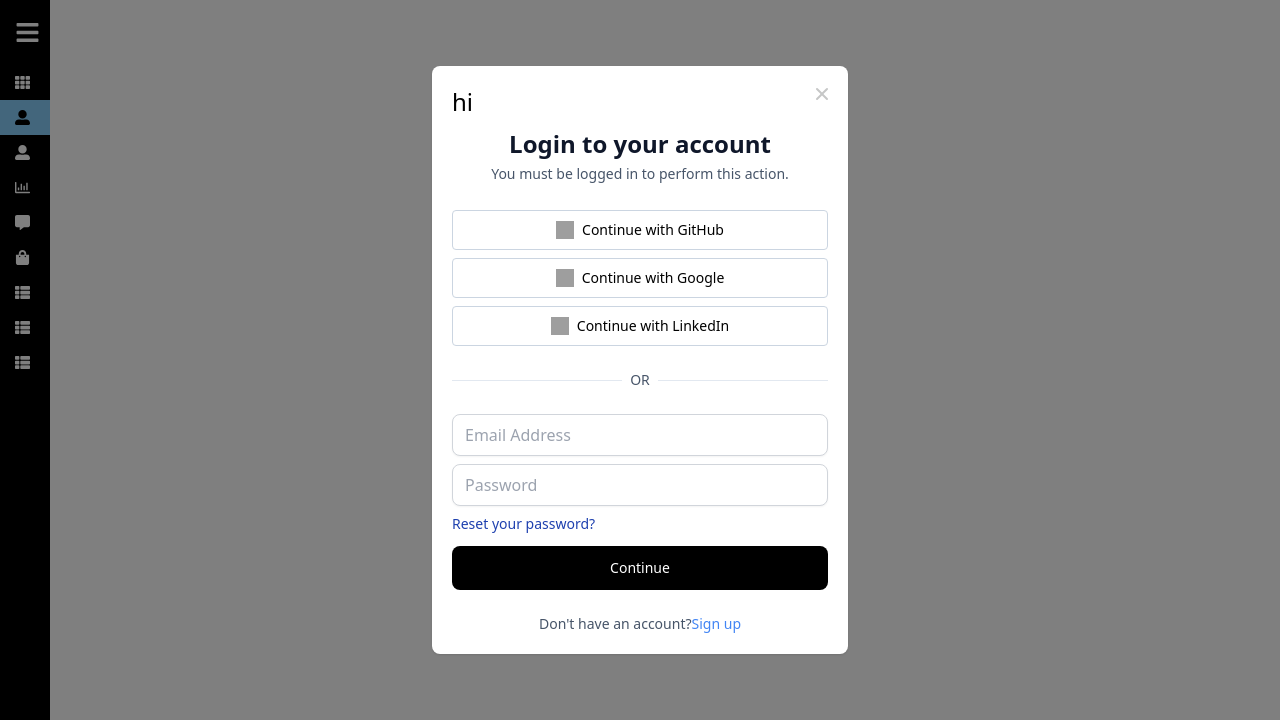
Repository: AndargWorku12/admin-dashboard
Page: /login
An editor plug-in stored every save of this project. The page is shown before and after the next save, followed by the edit.
The browser window is 1280 px wide. The pictures show the whole page.
Pictures or frames that could not be fetched are drawn as grey boxes. The project was rebuilt for these pictures with package versions that can differ from the ones it lists, and the page was loaded fresh each time. Also part of the build but not shown: src/pages/Dashboard.tsx, src/pages/Orders.tsx, src/pages/Category.tsx, src/pages/Analytics.tsx, src/pages/CustemerReview.tsx, src/pages/ProductList.tsx, src/pages/ShopCard.tsx, src/pages/SignUpForm.tsx.

Above is the page before, as saved 2024-01-26 03:58:47.

### src/index.tsx
import { ColorModeScript } from "@chakra-ui/react"
import * as React from "react"
import * as ReactDOM from "react-dom/client"
import App from "./App"
import './index.css'

const container = document.getElementById("root")
if (!container) throw new Error('Failed to find the root element');
const root = ReactDOM.createRoot(container)

root.render(

  <React.StrictMode>
    <ColorModeScript />
    <App />
  </React.StrictMode>,

)

### src/App.tsx

import React, {useState} from 'react';
import { BrowserRouter, Route, Routes } from 'react-router-dom';
import Sidebar from './components/Sidebar';
import Dashboard from './pages/Dashboard';
// import SignUpForm from './pages/LoginPopup'
import Orders from './pages/Orders';
import Category from './pages/Category';
import Login from './pages/Login'
import Analytics from './pages/Analytics';
import CustemerReview from './pages/CustemerReview';
import ProductList from './pages/ProductList';
import ShopCard from './pages/ShopCard';
import './App.css'
import SignUpForm from './pages/SignUpForm';




type SaleData = {
  date: string;
  amount: number;
};

type RevenueData = {
  month: string;
  revenue: number;
};

type Product = {
    id: string;
    photo: string;
    name: string;
    price: number;
    category: string;
};

type Order = {
    id: string;
    productName: string;
    quantity: number;
    totalPrice: number;

};

type CategoryType = {
  id: string;
  photo:string;
  name: string;
};



// Sample props for components
type DashboardProps = {
  saleData: SaleData[];
  revenueData: RevenueData[];
  // ... other props
};

type AnalyticsProps = {
  salesData: SaleData[];
  // ... other props
};

type ProductProps = {
  products: Product[];
  onUpdate: (productId: string, updatedProduct: Product) => void;

};




type OrderProps = {
  orders: Order[];
  // ... other props
};

type CategoryProps = {
  categories: CategoryType[];
  // ... other props
};







const App: React.FC = () => {


// for the product page to handle
  const [products, setProducts] = useState<Product[]>([


    {
      id: '1',
      photo: 'https://img.ltwebstatic.com/images3_pi/2022/01/10/16417919016a32607182dd11dedeb77e8324b683e8_thumbnail_900x.webp',
      name: 'Product 1',
      price: 29.99,
      category: 'Electronics',
    },
    {
      id: '2',
      photo: 'https://img.ltwebstatic.com/images3_pi/2022/01/10/16417919016a32607182dd11dedeb77e8324b683e8_thumbnail_900x.webp',
      name: 'Product 2',
      price: 49.99,
      category: 'Clothing',
    },
    {
      id: '3',
      photo: 'https://img.ltwebstatic.com/images3_pi/2022/01/10/16417919016a32607182dd11dedeb77e8324b683e8_thumbnail_900x.webp',
      name: 'Product 3',
      price: 9.99,
      category: 'Books',
    },
    {
      id: '4',
      photo: 'https://img.ltwebstatic.com/images3_pi/2022/01/10/16417919016a32607182dd11dedeb77e8324b683e8_thumbnail_900x.webp',
      name: 'Product 4',
      price: 79.99,
      category: 'Home and Kitchen',
    },
    {
      id: '5',
      photo: 'https://img.ltwebstatic.com/images3_pi/2022/01/10/16417919016a32607182dd11dedeb77e8324b683e8_thumbnail_900x.webp',
      name: 'Product 5',
      price: 39.99,
      category: 'Toys',
    },



  ]);

  // Function to handle creating a new product
  const handleCreate = (newProduct: Product) => {
    setProducts((prevProducts) => [...prevProducts, newProduct]);
  };

  // Function to handle updating a product

  const handleUpdate = (productId: string, newName: string, newPrice: number) => {
    setProducts((prevProducts) =>
      prevProducts.map((product) =>
        product.id === productId
          ? { ...product, name: newName, price: newPrice }
          : product
      )
    );
  };



  // Function to handle deleting a product
  const handleDelete = (productId: string) => {
    setProducts((prevProducts) => prevProducts.filter((product) => product.id !== productId));
  };

//  for AnalyticsPage
// for category page


const [categories, setCategories] = useState<CategoryType[]>([
  {
    id: '1',
    photo: 'https://plus.unsplash.com/premium_photo-1661662850226-83c981ed4eba?w=500&auto=format&fit=crop&q=60&ixlib=rb-4.0.3&ixid=M3wxMjA3fDB8MHxzZWFyY2h8MXx8bGFwdG9wJTIwY29tcHV0ZXJ8ZW58MHx8MHx8fDA%3D',
    name: 'Category 1',
  },
  {
    id: '2',
    photo: 'https://plus.unsplash.com/premium_photo-1661662850226-83c981ed4eba?w=500&auto=format&fit=crop&q=60&ixlib=rb-4.0.3&ixid=M3wxMjA3fDB8MHxzZWFyY2h8MXx8bGFwdG9wJTIwY29tcHV0ZXJ8ZW58MHx8MHx8fDA%3D',
    name: 'Category 2',
  },
  {
    id: '3',
    photo: 'https://plus.unsplash.com/premium_photo-1661662850226-83c981ed4eba?w=500&auto=format&fit=crop&q=60&ixlib=rb-4.0.3&ixid=M3wxMjA3fDB8MHxzZWFyY2h8MXx8bGFwdG9wJTIwY29tcHV0ZXJ8ZW58MHx8MHx8fDA%3D',
    name: 'Category 3',
  },
  {
    id: '4',
    photo: 'https://plus.unsplash.com/premium_photo-1661662850226-83c981ed4eba?w=500&auto=format&fit=crop&q=60&ixlib=rb-4.0.3&ixid=M3wxMjA3fDB8MHxzZWFyY2h8MXx8bGFwdG9wJTIwY29tcHV0ZXJ8ZW58MHx8MHx8fDA%3D',
    name: 'Category 4',
  },

]);

// Function to handle creating a new category
// const handleCreateCategory = (newCategory: CategoryType) => {
//   setCategories((prevCategories) => [...prevCategories, newCategory]);
// };
const handleCreateCategory = (newCategory: CategoryType) => {
  // Add the new category to the list of categories
  setCategories((prevCategories) => [...prevCategories, newCategory]);
};

const handleUpdateCategory = (categoryId: string, newName: string) => {
  setCategories((prevCategories) =>
    prevCategories.map((category) =>
      category.id === categoryId ? { ...category, name: newName } : category
    )
  );
};

// Function to handle deleting a category
const handleDeleteCategory = (categoryId: string) => {
  setCategories((prevCategories) => prevCategories.filter((category) => category.id !== categoryId));
};

  const saleData: SaleData[] = [
    { date: '2022-01-01', amount: 100 },
    { date: '2022-01-02', amount: 150 },
    { date: '2022-01-03', amount: 200 },
    { date: '2022-01-04', amount: 120 },
    { date: '2022-01-05', amount: 180 },
    { date: '2022-01-06', amount: 90 },
    { date: '2022-01-07', amount: 110 },
    { date: '2022-01-08', amount: 130 },
    { date: '2022-01-09', amount: 170 },
    { date: '2022-01-10', amount: 160 },
  ];

  const revenueData: RevenueData[] = [
    { month: 'January', revenue: 500 },
    { month: 'February', revenue: 700 },
    { month: 'March', revenue: 600 },
    { month: 'April', revenue: 800 },
    { month: 'May', revenue: 900 },
    { month: 'June', revenue: 750 },
    { month: 'July', revenue: 850 },
    { month: 'August', revenue: 950 },
    { month: 'September', revenue: 700 },
    { month: 'October', revenue: 850 },
  ];


   const [orders, setOrders] = useState<Order[]>([
    {
      id: '1',
      productName: 'Laptop',
      quantity: 2,
      totalPrice: 2000,
    },
    {
      id: '2',
      productName: 'Smartphone',
      quantity: 3,
      totalPrice: 1200,
    },
    {
      id: '3',
      productName: 'Headphones',
      quantity: 1,
      totalPrice: 100,
    },
    {
      id: '4',
      productName: 'Camera',
      quantity: 1,
      totalPrice: 800,
    },

   ]);

  // Function to create a new order
  const handleCreateOrder = (newOrder: Order) => {
    setOrders((prevOrders) => [...prevOrders, newOrder]);
  };

  // Function to delete an order
  const handleDeleteOrder = (orderId: string) => {
    const updatedOrders = orders.filter(order => order.id !== orderId);
    setOrders(updatedOrders);
  };

  // Function to update an order
  const handleUpdateOrder = (orderId: string, updatedOrder: Order) => {
    // Placeholder implementation: Updating the order in the list
    setOrders((prevOrders) =>
      prevOrders.map((order) =>
        order.id === orderId ? { ...order, ...updatedOrder } : order
      )
    );
  };

  return (
    <BrowserRouter>
    <Sidebar>
      <Routes>
        <Route path="/" element={<Dashboard saleData={saleData} revenueData={revenueData} />} />
        <Route path="/dashboard" element={<Dashboard saleData={saleData} revenueData={revenueData} />} />
       <Route path="/login" element={<Login/>}/>
        <Route path="/signup" element={<SignUpForm />} />
        <Route path="/review"element={<CustemerReview username="John" joinedDate="2022-01-01" reviewDate="2022-01-15" reviewText="Lorem ipsum" />}
/>

        <Route path="/analytics" element={<Analytics saleData={saleData} />} />
        <Route
  path="/product"
  element={<ProductList products={products} onCreate={handleCreate} onDelete={handleDelete} onUpdate={handleUpdate} />}
/>
        <Route path="/shop" element={<ShopCard />} />
        <Route
        path="/orders"
        element={
          <Orders
  orders={orders}
  onCreateOrder={handleCreateOrder}
  onDeleteOrder={handleDeleteOrder}
  onUpdateOrder={handleUpdateOrder}
/>
        }
      />

        <Route
            path="/category"
            element={<Category
              categories={categories}
              onCreate={handleCreateCategory}
              onDelete={handleDeleteCategory}
              onUpdate={handleUpdateCategory}
            />}
          />

      </Routes>
    </Sidebar>
  </BrowserRouter>
  );
};

export default App;

### src/components/Sidebar.tsx
import React, { useState } from 'react';
import ReactNode from "react";
import {
    FaTh,
    FaBars,
    FaUserAlt,
    FaRegChartBar,
    FaCommentAlt,
    FaShoppingBag,
    FaThList
} from 'react-icons/fa';
import { NavLink, NavLinkProps } from 'react-router-dom';



interface MenuItem {
    path: string;
    name: string;
    icon: JSX.Element;
}

interface SidebarProps {
  children: React.ReactNode;
}
    const Sidebar: React.FC<React.PropsWithChildren<{}>> = ({ children }) => {
    const [isOpen, setIsOpen] = useState(false);

    const toggle = () => setIsOpen(!isOpen);

    const menuItems: MenuItem[] = [
        {
            path: '/',
            name: 'Dashboard',
            icon: <FaTh />,
        },
        {
            path: '/login',
            name: 'Login',
            icon: <FaUserAlt />,
        },
        {
          path: '/signup',
          name: 'Register form',
          icon: <FaUserAlt />,
      },
        {
            path: '/analytics',
            name: 'Analytics',
            icon: <FaRegChartBar />,
        },
        {
            path: '/review',
            name: 'CustemerReview',
            icon: <FaCommentAlt />,
        },
        {
            path: '/product',
            name: 'Product',
            icon: <FaShoppingBag />,
        },
        {
            path: '/category',
            name: 'Category List',
            icon: <FaThList />,
        },
        {
          path: '/orders',
          name: 'Orders',
          icon: <FaThList />,
      },
      {
        path: '/shop',
        name: 'Sample product',
        icon: <FaThList />,
    },
    ];

    return (
        <div className="container">
            <div style={{ width: isOpen ? '200px' : '50px' }} className="sidebar">
                <div className="top_section">
                    <h1 style={{ display: isOpen ? 'block' : 'none' }} className="logo">
                        Logo
                    </h1>
                    <div style={{ marginLeft: isOpen ? '50px' : '0px' }} className="bars">
                        <FaBars onClick={toggle} />
                    </div>
                </div>
                {menuItems.map((item, index) => (
                    <NavLink to={item.path} key={index} className="link"
                    //  activeClassName="active"
                     >
                        <div className="icon">{item.icon}</div>
                        <div style={{ display: isOpen ? 'block' : 'none' }} className="link_text text-sm">
                            {item.name}
                        </div>
                    </NavLink>
                ))}
            </div>
            <main>{children}</main>
        </div>
    );
};

export default Sidebar;

### src/pages/Login.tsx
import React from 'react'

const Login:React.FC = () => {
  return (
    <div id="login-popup" tabIndex={-1} className="bg-black/50 overflow-y-auto overflow-x-hidden fixed top-0 right-0 left-0 z-50 h-full items-center justify-center flex">
      <div className="relative p-4 w-full max-w-md h-full md:h-auto">
        <div className="relative bg-white rounded-lg shadow">
          <button type="button" className="absolute top-3 right-2.5 text-gray-400 bg-transparent hover:bg-gray-200 hover:text-gray-900 rounded-lg text-sm p-1.5 ml-auto inline-flex items-center popup-close">
            <svg aria-hidden="true" className="w-5 h-5" fill="#c6c7c7" viewBox="0 0 20 20" xmlns="http://www.w3.org/2000/svg">
              <path fillRule="evenodd" d="M4.293 4.293a1 1 0 011.414 0L10 8.586l4.293-4.293a1 1 0 111.414 1.414L11.414 10l4.293 4.293a1 1 0 01-1.414 1.414L10 11.414l-4.293 4.293a1 1 0 01-1.414-1.414L8.586 10 4.293 5.707a1 1 0 010-1.414z" clipRule="evenodd"></path>
            </svg>
            <span className="sr-only">Close popup</span>
          </button>

          <div className="p-5">
            <h3 className="text-2xl mb-0.5 font-medium">hi</h3>
            <p className="mb-4 text-sm font-normal text-gray-800"></p>

            <div className="text-center">
              <p className="mb-3 text-2xl font-semibold leading-5 text-slate-900">
                Login to your account
              </p>
              <p className="mt-2 text-sm leading-4 text-slate-600">
                You must be logged in to perform this action.
              </p>
            </div>

            <div className="mt-7 flex flex-col gap-2">
              <button className="inline-flex h-10 w-full items-center justify-center gap-2 rounded border border-slate-300 bg-white p-2 text-sm font-medium text-black outline-none focus:ring-2 focus:ring-[#333] focus:ring-offset-1 disabled:cursor-not-allowed disabled:opacity-60">
                <img src="https://www.svgrepo.com/show/512317/github-142.svg" alt="GitHub" className="h-[18px] w-[18px] " />
                Continue with GitHub
              </button>

              <button className="inline-flex h-10 w-full items-center justify-center gap-2 rounded border border-slate-300 bg-white p-2 text-sm font-medium text-black outline-none focus:ring-2 focus:ring-[#333] focus:ring-offset-1 disabled:cursor-not-allowed disabled:opacity-60">
                <img src="https://www.svgrepo.com/show/475656/google-color.svg" alt="Google" className="h-[18px] w-[18px] " />
                Continue with Google
              </button>

              <button className="inline-flex h-10 w-full items-center justify-center gap-2 rounded border border-slate-300 bg-white p-2 text-sm font-medium text-black outline-none focus:ring-2 focus:ring-[#333] focus:ring-offset-1 disabled:cursor-not-allowed disabled:opacity-60">
                <img src="https://www.svgrepo.com/show/448234/linkedin.svg" alt="Google" className="h-[18px] w-[18px] " />
                Continue with LinkedIn
              </button>
            </div>

            <div className="flex w-full items-center gap-2 py-6 text-sm text-slate-600">
              <div className="h-px w-full bg-slate-200"></div>
              OR
              <div className="h-px w-full bg-slate-200"></div>
            </div>

            <form className="w-full">
              <label htmlFor="email" className="sr-only">Email address</label>
              <input
                name="email"
                type="email"
                autoComplete="email"
                required
                className="block w-full rounded-lg border border-gray-300 px-3 py-2 shadow-sm outline-none placeholder:text-gray-400 focus:ring-2 focus:ring-black focus:ring-offset-1"
                placeholder="Email Address"
                value=""
              />
              <label htmlFor="password" className="sr-only">Password</label>
              <input
                name="password"
                type="password"
                autoComplete="current-password"
                required
                className="mt-2 block w-full rounded-lg border border-gray-300 px-3 py-2 shadow-sm outline-none placeholder:text-gray-400 focus:ring-2 focus:ring-black focus:ring-offset-1"
                placeholder="Password"
                value=""
              />
              <p className="mb-3 mt-2 text-sm text-gray-500">
                <a href="/forgot-password" className="text-blue-800 hover:text-blue-600">Reset your password?</a>
              </p>
              <button
                type="submit"
                className="inline-flex w-full items-center justify-center rounded-lg bg-black p-2 py-3 text-sm font-medium text-white outline-none focus:ring-2 focus:ring-black focus:ring-offset-1 disabled:bg-gray-400"
              >
                Continue
              </button>
            </form>

            <div className="mt-6 text-center text-sm text-slate-600">
              Don't have an account?
              <a href="/signup" className="font-medium text-[#4285f4]">Sign up</a>
            </div>
          </div>
        </div>
      </div>
    </div>
  )
}

export default Login

### src/App.css
* {
    margin: 0;
    padding: 0;
    text-decoration: none;
}

.container {
    display: flex;
}

main {
    width: 100%;
    padding: 20px;
}

.sidebar {
    background: #000;
    color: #fff;
    height: 100vh;
    width: 200px;
    transition: all 0.5s;
}

.top_section {
    display: flex;
    align-items: center;
    padding: 20px 15px;
}

.logo {
    font-size: 30px;
}

.bars {
    display: flex;
    font-size: 25px;
    margin-left: 50px;
}

.link {
    display: flex;
    color: #fff;
    padding: 10px 15px;
    gap: 15px;
    transition: all 0.5s;
}

.link:hover {
    background: lightskyblue;
    color: #000;
    transition: all 0.5s;
}

.active {
    background: lightskyblue;
    color: #000;
}

.icon,
.link_text {
    font-size: 15px;
}

Loaded but not shown: public/index.html (common file); src/index.css (common file); tailwind.config.js (common file)

After the next save:
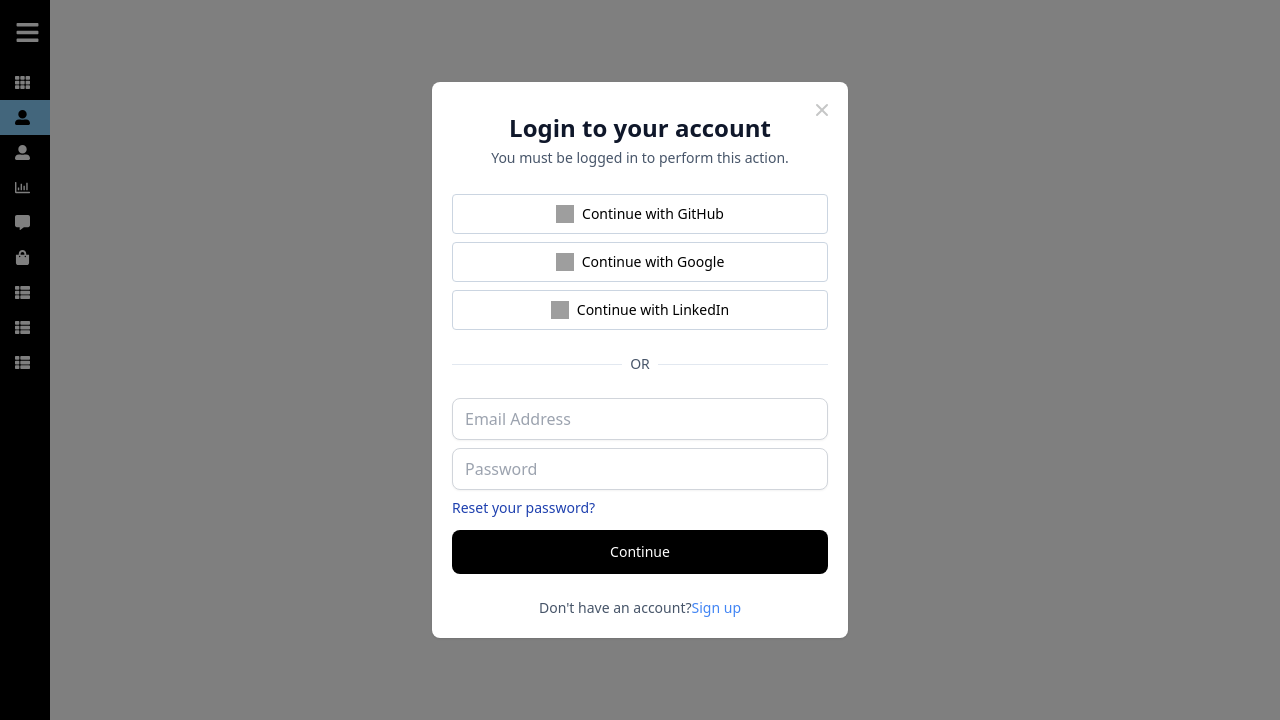
Saved 43 s later.
--- a/src/pages/Login.tsx
+++ b/src/pages/Login.tsx
@@ -13,7 +13,7 @@ const Login:React.FC = () => {
           </button>
 
           <div className="p-5">
-            <h3 className="text-2xl mb-0.5 font-medium">hi</h3>
+
             <p className="mb-4 text-sm font-normal text-gray-800"></p>
 
             <div className="text-center">
